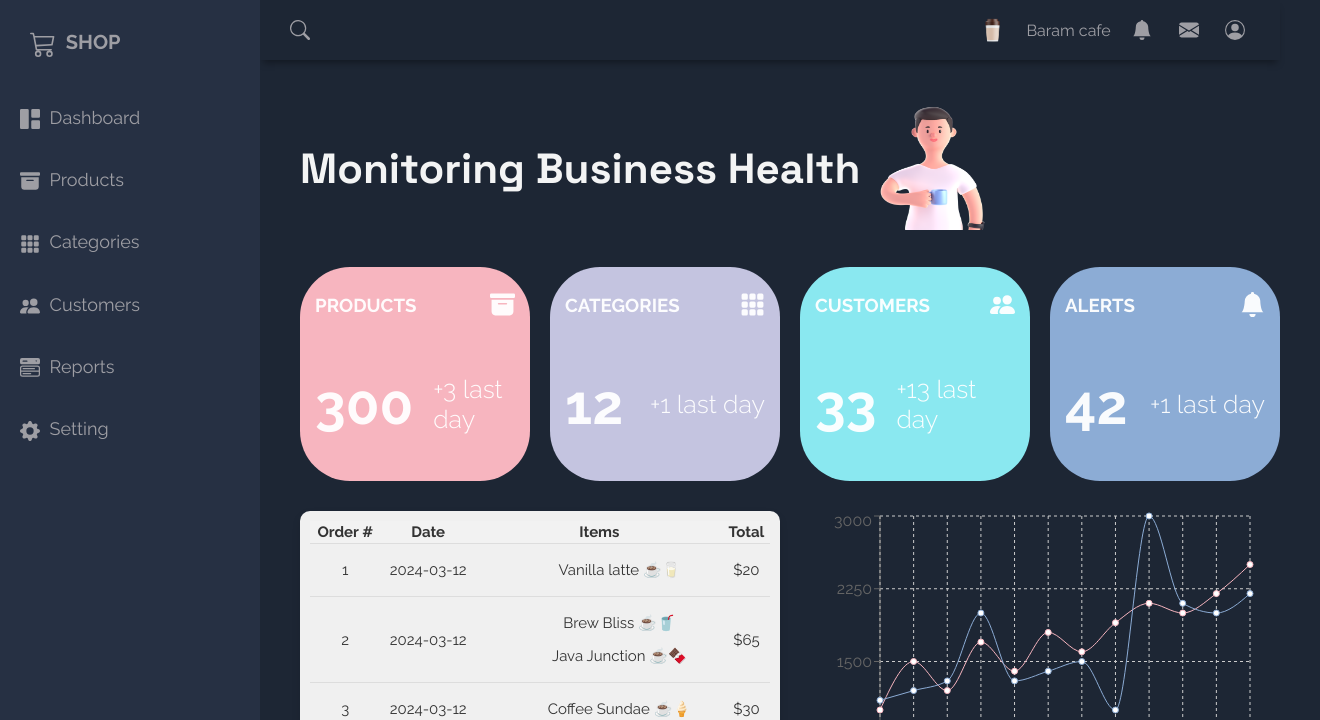
Repository: ffferncake/monitoring-business-health
Page: /
The author's editor kept a copy of each file at every save. The page is drawn from the files as they stood at one save, then again after the next save.
The browser window is 1280 px wide. The page is 1320 px wide, then 1280 px, then 1320 px, so the pictures cover 1320 px, including what lies to the right of the window. The pictures show the whole page.
An inner scrolling area shows only its first screen. The project was rebuilt for these pictures with package versions that can differ from the ones it lists, and the page was loaded fresh each time. Also part of the build but not shown: vite.config.js.

Above is the page before, as saved 2024-03-13 16:07:58.

### index.html
<!doctype html>
<html lang="en">
  <head>
    <meta charset="UTF-8" />
    <link rel="icon" type="image/svg+xml" href="/images/coffee-glass-packaging.png" />
    <meta name="viewport" content="width=device-width, initial-scale=1.0" />
    <title>Baram 바람</title>
  </head>
  <body>
    <div id="root"></div>
    <script type="module" src="/src/main.jsx"></script>
  </body>
</html>

### src/App.css
@import url("https://fonts.googleapis.com/css2?family=Raleway:ital,wght@0,100..900;1,100..900&family=Space+Grotesk:wght@300..700&display=swap");
body {
  margin: 0;
  padding: 0;
  background-color: #1d2634;
  color: #9e9ea4;
  /* font-family: 'Montserrat', sans-serif; */
  font-family: "Raleway", "Space Grotesk", sans-serif;
}

.icon {
  vertical-align: middle;
  line-height: 1px;
  font-size: 20px;
}
.icon_header {
  vertical-align: middle;
  line-height: 1px;
  font-size: 26px;
}
.icon,
.icon_header {
  margin-right: 5px;
}

.close_icon {
  color: red;
  margin-left: 30px;
  margin-top: 10px;
  cursor: pointer;
}

.grid-container {
  display: grid;
  grid-template-columns: 260px 1fr 1fr 1fr;
  grid-template-rows: 0.2fr 3fr;
  grid-template-areas:
    "sidebar header header header"
    "sidebar main main main";
  height: 100vh;
}

/* Header  */
.header {
  grid-area: header;
  height: 60px;
  display: flex;
  align-items: center;
  justify-content: space-between;
  padding: 0 30px 0 30px;
  box-shadow: 0 6px 7px -3px rgba(0, 0, 0, 0.35);
}

.header-right {
  display: flex;
  justify-content: space-between;
  align-items: center;
  width: 270px;
}
.header-right > img {
  width: 25px;
}

.menu-icon {
  display: none;
}
/* End Header  */

/* Sidebar  */
#sidebar {
  grid-area: sidebar;
  height: 100%;
  background-color: #263043;
  overflow-y: auto;
  transition: all 0.5s;
  -webkit-transition: all 0.5s;
}

.sidebar-title {
  display: flex;
  justify-content: space-between;
  align-items: center;
  padding: 15px 30px 0px 30px;
  margin-bottom: 30px;
  font-family: "Raleway", sans-serif;
}

.sidebar-title > span {
  display: none;
}

.sidebar-brand {
  margin-top: 15px;
  font-size: 20px;
  font-weight: 700;
}

.sidebar-list {
  padding: 0;
  list-style-type: none;
}

.sidebar-list-item {
  padding: 20px 20px 20px 20px;
  font-size: 18px;
}

.sidebar-list-item:hover {
  background-color: rgba(255, 255, 255, 0.2);
  cursor: pointer;
}

.sidebar-list-item > a {
  text-decoration: none;
  color: #9e9ea4;
}

.sidebar-responsive {
  display: inline !important;
  position: absolute;
  /*
    we want the z-index of the sidebar higher so that
    the charts are not showing over the sidebar
    on small screens
  */
  z-index: 12 !important;
}

/* End Sidebar  */

/* Main  */
.main-container {
  grid-area: main;
  overflow-y: auto;
  overflow-x: hidden;
  padding: 20px 20px;
  color: rgba(255, 255, 255, 0.95);
  width: 100%;
  display: flex;
  flex-wrap: wrap;
}

.column {
  /* grid-area: main; */
  overflow-y: auto;
  padding: 20px 20px;
  color: rgba(255, 255, 255, 0.95);
  overflow-x: hidden;
  /* width: 50%; */
}

.main-title {
  display: flex;
  /* justify-content: space-between; */
  font-size: 36px;
  font-family: "Space Grotesk", sans-serif;
}

.main-title > img {
  width: 150px;
  height: 130px;
}
.main-cards {
  display: grid;
  grid-template-columns: 1fr 1fr 1fr 1fr;
  gap: 20px;
  margin: 30px 0;
}

.card {
  display: flex;
  flex-direction: column;
  justify-content: space-around;
  padding: 8px 15px;
  border-radius: 50px;
}

.card:first-child {
  background-color: #f7b5bf;
}

.card:nth-child(2) {
  background-color: #c4c4e0;
}

.card:nth-child(3) {
  background-color: #8ae8f0;
}

.card:nth-child(4) {
  background-color: #8cacd5;
}

.card-inner {
  display: flex;
  align-items: center;
  justify-content: space-between;
}

.card-inner-text {
  display: flex;
  align-items: center;
  justify-content: space-between;
}

.card-inner-text > h1 {
  font-size: 55px;
  font-weight: 700;
}

.card-inner-text > h2 {
  font-size: 25px;
  padding-left: 20px;
  font-weight: 300;
}

.card-inner > .card_icon {
  font-size: 25px;
}

.card-inner > img {
  border-radius: 50px;
  width: 290px;
  height: 400px;
  display: block;
  align-items: center;
  margin: 0 auto; /* Center the image horizontally */
  margin-left: 50px;
}
.charts {
  display: grid;
  grid-template-columns: 1fr 1fr;
  gap: 20px;
  margin-top: 10px;
  height: 300px;
}

/* End Main  */

/* Medium <= 992px */

@media screen and (max-width: 992px) {
  .grid-container {
    grid-template-columns: 1fr;
    grid-template-rows: 0.2fr 3fr;
    grid-template-areas:
      "header"
      "main";
  }

  #sidebar {
    display: none;
  }

  .menu-icon {
    display: inline;
  }

  .sidebar-title > span {
    display: inline;
  }
}
/* Small <= 768px */

@media screen and (max-width: 768px) {
  .main-cards {
    grid-template-columns: 1fr;
    gap: 10px;
    margin-bottom: 0;
  }

  .charts {
    grid-template-columns: 1fr;
    margin-top: 30px;
  }
}

/* Extra Small <= 576px */

@media screen and (max-width: 576px) {
  .hedaer-left {
    display: none;
  }
}

### src/Header.jsx
import React from "react";
import {
  BsFillBellFill,
  BsFillEnvelopeFill,
  BsPersonCircle,
  BsSearch,
  BsJustify,
} from "react-icons/bs";
import "./App.css";

function Header({ OpenSidebar }) {
  return (
    <header className="header">
      <div className="menu-icon">
        <BsJustify className="icon" onClick={OpenSidebar} />
      </div>
      <div className="header-left">
        <BsSearch className="icon" />
      </div>

      <div className="header-right">
        <img src="./images/coffee-glass-packaging.png" alt="coffee" />
        <p>Baram cafe</p>
        <BsFillBellFill className="icon" />
        <BsFillEnvelopeFill className="icon" />
        <BsPersonCircle className="icon" />
      </div>
    </header>
  );
}

export default Header;

### src/Sidebar.jsx
import React from 'react'
import
{BsCart3, BsGrid1X2Fill, BsFillArchiveFill, BsFillGrid3X3GapFill, BsPeopleFill,
  BsListCheck, BsMenuButtonWideFill, BsFillGearFill}
 from 'react-icons/bs'

function Sidebar({openSidebarToggle, OpenSidebar}) {
  return (
    <aside id="sidebar" className={openSidebarToggle ? "sidebar-responsive": ""}>
        <div className='sidebar-title'>
            <div className='sidebar-brand'>
                <BsCart3  className='icon_header'/> SHOP
            </div>
            <span className='icon close_icon' onClick={OpenSidebar}>X</span>
        </div>

        <ul className='sidebar-list'>
            <li className='sidebar-list-item'>
                <a href="">
                    <BsGrid1X2Fill className='icon'/> Dashboard
                </a>
            </li>
            <li className='sidebar-list-item'>
                <a href="">
                    <BsFillArchiveFill className='icon'/> Products
                </a>
            </li>
            <li className='sidebar-list-item'>
                <a href="">
                    <BsFillGrid3X3GapFill className='icon'/> Categories
                </a>
            </li>
            <li className='sidebar-list-item'>
                <a href="">
                    <BsPeopleFill className='icon'/> Customers
                </a>
            </li>
            {/* <li className='sidebar-list-item'>
                <a href="">
                    <BsListCheck className='icon'/> Inventory
                </a>
            </li> */}
            <li className='sidebar-list-item'>
                <a href="">
                    <BsMenuButtonWideFill className='icon'/> Reports
                </a>
            </li>
            <li className='sidebar-list-item'>
                <a href="">
                    <BsFillGearFill className='icon'/> Setting
                </a>
            </li>
        </ul>
    </aside>
  )
}

export default Sidebar

### src/Home.jsx
import React from "react";
import {
  BsFillArchiveFill,
  BsFillGrid3X3GapFill,
  BsPeopleFill,
  BsFillBellFill,
} from "react-icons/bs";
import {
  BarChart,
  Bar,
  Cell,
  XAxis,
  YAxis,
  CartesianGrid,
  Tooltip,
  Legend,
  ResponsiveContainer,
  LineChart,
  Line,
} from "recharts";
import Card from "./Card";
import logoImage1 from "../public/images/ig.png"; // Import your first logo image
import logoImage2 from "../public/images/facebook.png"; // Import your second logo image
import logoImage3 from "../public/images/twitter.png"; // Import your third logo image
import OrderCard from "./OrderCard";

function Home() {
  const data = [
    { month: "01", profit_2021: 1000, profit_2022: 1100 },
    { month: "02", profit_2021: 1500, profit_2022: 1200 },
    { month: "03", profit_2021: 1200, profit_2022: 1300 },
    { month: "04", profit_2021: 1700, profit_2022: 2000 },
    { month: "05", profit_2021: 1400, profit_2022: 1300 },
    { month: "06", profit_2021: 1800, profit_2022: 1400 },
    { month: "07", profit_2021: 1600, profit_2022: 1500 },
    { month: "08", profit_2021: 1900, profit_2022: 1000 },
    { month: "09", profit_2021: 2100, profit_2022: 3000 },
    { month: "10", profit_2021: 2000, profit_2022: 2100 },
    { month: "11", profit_2021: 2200, profit_2022: 2000 },
    { month: "12", profit_2021: 2500, profit_2022: 2200 },
  ];

  const reviews = [
    "This is a fantastic product! Highly recommended 👍👍👍",
    "Amazing service and great value for money 💯",
    "Couldn't be happier with my purchase 💖. 10/10.",
  ];

  const latestOrders = [
    {
      id: 1,
      date: "2024-03-12",
      items: [
        { name: "Vanilla latte ☕️🥛", price: 20 },
        // { name: "Product 2", price: 30 },
        // { name: "Product 3", price: 15 },
      ],
      total: 20,
    },
    {
      id: 2,
      date: "2024-03-12",
      items: [
        { name: "Brew Bliss ☕️🥤", price: 25 },
        { name: "Java Junction ☕️🍫", price: 40 },
      ],
      total: 65,
    },
    {
      id: 3,
      date: "2024-03-12",
      items: [{ name: "Coffee Sundae ☕️🍦", price: 30 }],
      total: 30,
    },
    {
      id: 4,
      date: "2024-03-12",
      items: [
        { name: "The Roast Retreat ☕️❄️", price: 15 },
        { name: "Brew Bliss ☕️🥤", price: 20 },
      ],
      total: 35,
    },
    // {
    //   id: 5,
    //   date: "2024-03-08",
    //   items: [
    //     { name: "Product 11", price: 25 },
    //     { name: "Product 12", price: 30 },
    //     { name: "Product 13", price: 15 },
    //     { name: "Product 14", price: 40 },
    //   ],
    //   total: 110,
    // },
  ];

  return (
    <>
      <div className="main-container">
        <div className="column">
          <div className="main-title">
            <h3>Monitoring Business Health</h3>
            <img
              src="./images/businessman-holding-cup.png"
              alt="man-holding-coffee"
            />
          </div>
          <div className="main-cards">
            <div className="card">
              <div className="card-inner">
                <h3>PRODUCTS</h3>
                <BsFillArchiveFill className="card_icon" />
              </div>
              <div className="card-inner-text">
                {" "}
                <h1>300</h1>
                <h2>+3 last day</h2>
              </div>
            </div>
            <div className="card">
              <div className="card-inner">
                <h3>CATEGORIES</h3>
                <BsFillGrid3X3GapFill className="card_icon" />
              </div>
              <div className="card-inner-text">
                <h1>12</h1>
                <h2>+1 last day</h2>
              </div>
            </div>
            <div className="card">
              <div className="card-inner">
                <h3>CUSTOMERS</h3>
                <BsPeopleFill className="card_icon" />
              </div>
              <div className="card-inner-text">
                <h1>33</h1>
                <h2>+13 last day</h2>
              </div>
            </div>
            <div className="card">
              <div className="card-inner">
                <h3>ALERTS</h3>
                <BsFillBellFill className="card_icon" />
              </div>
              <div className="card-inner-text">
                <h1>42</h1>
                <h2>+1 last day</h2>
              </div>
            </div>
          </div>

          <div className="charts">
            {/* <ResponsiveContainer width="100%" height="100%">
              <BarChart
                width={500}
                height={300}
                data={data}
                margin={{
                  top: 5,
                  right: 30,
                  left: 20,
                  bottom: 5,
                }}
              >
                <CartesianGrid strokeDasharray="3 3" />
                <XAxis dataKey="month" interval={1} />
                <YAxis />
                <Tooltip />
                <Bar dataKey="profit_2021" fill="#F7B5BF" />
                <Bar dataKey="profit_2022" fill="#8CACD5" />
              </BarChart>
            </ResponsiveContainer> */}
            <OrderCard orders={latestOrders} />

            {/* <div className="card-order">
              <div className="card-inner-order">
                <h3>ALERTS</h3>
                <BsFillBellFill className="card_icon" />
              </div>
              <div className="card-inner-text">
                <h1>42</h1>
                <h2>+1 last day</h2>
              </div>
            </div> */}
            <ResponsiveContainer width="100%" height="100%">
              <LineChart
                width={500}
                height={300}
                data={data}
                margin={{
                  top: 5,
                  right: 30,
                  left: 20,
                  bottom: 5,
                }}
              >
                <CartesianGrid strokeDasharray="3 3" />
                <XAxis dataKey="month" />
                <YAxis />
                <Tooltip />
                {/* <Legend /> */}
                <Line
                  type="monotone"
                  dataKey="profit_2021"
                  stroke="#F7B5BF"
                  activeDot={{ r: 8 }}
                />
                <Line type="monotone" dataKey="profit_2022" stroke="#8CACD5" />
              </LineChart>
            </ResponsiveContainer>
          </div>
        </div>
        <div className="column">
          {/* <div className="card"> */}
          <div className="card-inner">
            <img src="./images/cafe_inside.jpg" alt="cafe img" />
            {/* </div> */}
          </div>
          <div className="card-container">
            <Card logo={logoImage1} review={reviews[0]} />
            <Card logo={logoImage2} review={reviews[1]} />
            <Card logo={logoImage3} review={reviews[2]} />
          </div>
        </div>
      </div>
    </>
  );
}

export default Home;

### src/Card.jsx
import React from "react";
import "./Card.css"; // Import CSS file for styling

const Card = ({ logo, review }) => {
  return (
    <div className="card-comment">
      <div className="logo-comment-container">
        <div className="logo-container">
          <img src={logo} alt="Logo" className="logo" />
        </div>
        <div className="review">{review}</div>
      </div>
    </div>
  );
};

export default Card;

### src/OrderCard.jsx
import React from 'react';
import './OrderCard.css'; // Import CSS file for styling

const OrderCard = ({ orders }) => {
  return (
    <div className="order-card">
      <table>
        <thead>
          <tr>
            <th>Order #</th>
            <th>Date</th>
            <th>Items</th>
            <th>Total</th>
          </tr>
        </thead>
        <tbody>
          {orders.map(order => (
            <tr key={order.id}>
              <td>{order.id}</td>
              <td>{order.date}</td>
              <td>
                <ul>
                  {order.items.map((item, index) => (
                    <p key={index}>{item.name}</p>
                  ))}
                </ul>
              </td>
              <td>${order.total}</td>
            </tr>
          ))}
        </tbody>
      </table>
    </div>
  );
};

export default OrderCard;

### src/Card.css
.card-comment {
  width: 250px;
  height: 50px; /* Adjust height according to content */
  margin-top: 10px;
  margin-left: 50px;
  border-radius: 30px;
  background-color: #f0f0f0;
  display: flex;
  /* align-items: center;
  justify-content: center; */
  padding: 20px;
  /* text-align: center; */
}
.logo-comment-container {
  display: flex;
  align-items: center;
  justify-content: space-between;
}

.logo-container {
  width: 50px;
  height: 50px;
  border-radius: 30px;
  overflow: hidden;
  /* margin-bottom: 20px; */
}

.logo {
  width: 100%;
  height: 100%;
  object-fit: contain;
}

.review {
  font-size: 12px;
  color: #333;
  margin-left: 10px; /* Adjust margin as needed */
}

### src/OrderCard.css
.order-card {
  background-color: #f0f0f0;
  border-radius: 10px;
  padding: 10px;
  margin-bottom: 10px;
  box-shadow: 0 4px 8px rgba(0, 0, 0, 0.1);
}

table {
  width: 100%;
  border-collapse: collapse;
}

th,
td {
  padding: 2px;
  border-bottom: 1px solid #ddd;
  text-align: center;
  font-size: 15px;
  color: #333;
}

th {
  background-color: #f2f2f2;
}

Loaded but not shown: src/main.jsx (common file); src/App.jsx (common file)

After the next save:
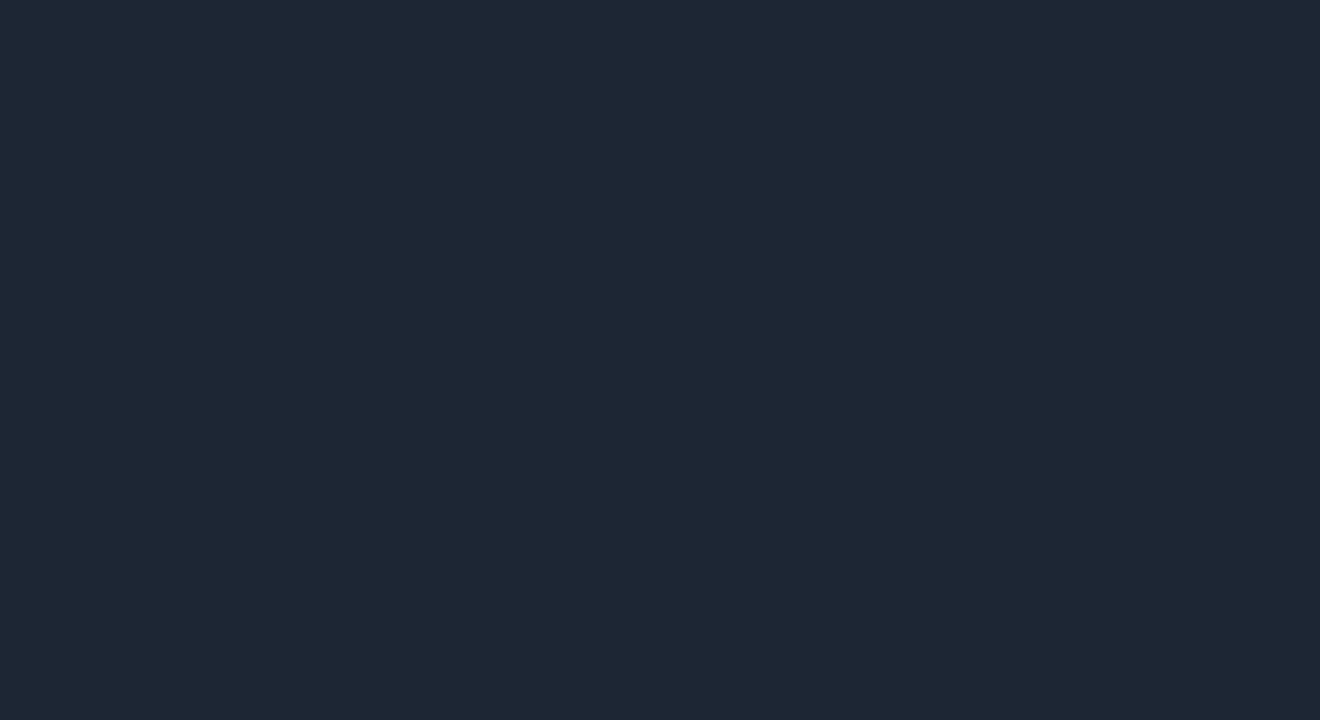
Console error: TypeError: Cannot read properties of undefined (reading 'toLowerCase')
Saved 2 min 4 s later.
--- a/src/OrderCard.jsx
+++ b/src/OrderCard.jsx
@@ -1,5 +1,5 @@
-import React from 'react';
-import './OrderCard.css'; // Import CSS file for styling
+import React from "react";
+import "./OrderCard.css"; // Import CSS file for styling
 
 const OrderCard = ({ orders }) => {
   return (
@@ -11,10 +11,11 @@ const OrderCard = ({ orders }) => {
             <th>Date</th>
             <th>Items</th>
             <th>Total</th>
+            <th>Status</th>
           </tr>
         </thead>
         <tbody>
-          {orders.map(order => (
+          {orders.map((order) => (
             <tr key={order.id}>
               <td>{order.id}</td>
               <td>{order.date}</td>
@@ -26,6 +27,11 @@ const OrderCard = ({ orders }) => {
                 </ul>
               </td>
               <td>${order.total}</td>
+              <td>
+                <span className={`status-${order.status.toLowerCase()}`}>
+                  {order.status}
+                </span>
+              </td>
             </tr>
           ))}
         </tbody>

After the 2 saves that followed:
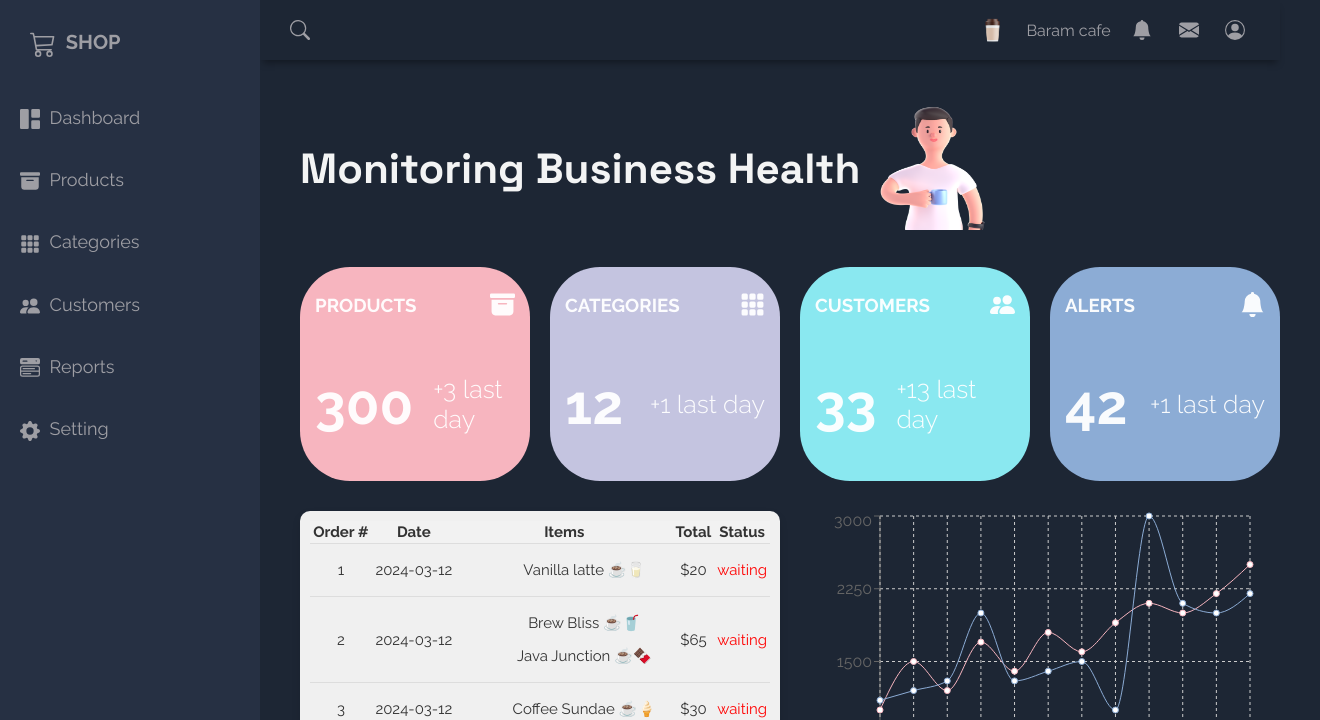
The error is gone.
The 2 saves are shown as one change because 1 left the picture as it was.
The last was saved 73 s later.
--- a/src/Home.jsx
+++ b/src/Home.jsx
@@ -55,6 +55,7 @@ function Home() {
         // { name: "Product 2", price: 30 },
         // { name: "Product 3", price: 15 },
       ],
+      status: "waiting",
       total: 20,
     },
     {
@@ -64,12 +65,14 @@ function Home() {
         { name: "Brew Bliss ☕️🥤", price: 25 },
         { name: "Java Junction ☕️🍫", price: 40 },
       ],
+      status: "waiting",
       total: 65,
     },
     {
       id: 3,
       date: "2024-03-12",
       items: [{ name: "Coffee Sundae ☕️🍦", price: 30 }],
+      status: "waiting",
       total: 30,
     },
     {
@@ -79,6 +82,7 @@ function Home() {
         { name: "The Roast Retreat ☕️❄️", price: 15 },
         { name: "Brew Bliss ☕️🥤", price: 20 },
       ],
+      status: "waiting",
       total: 35,
     },
     // {
--- a/src/OrderCard.css
+++ b/src/OrderCard.css
@@ -23,3 +23,16 @@ td {
 th {
   background-color: #f2f2f2;
 }
+
+/* Status colors */
+.status-waiting {
+    color: red;
+  }
+
+  .status-done {
+    color: green;
+  }
+
+  .status-delivered {
+    color: blue;
+  }
